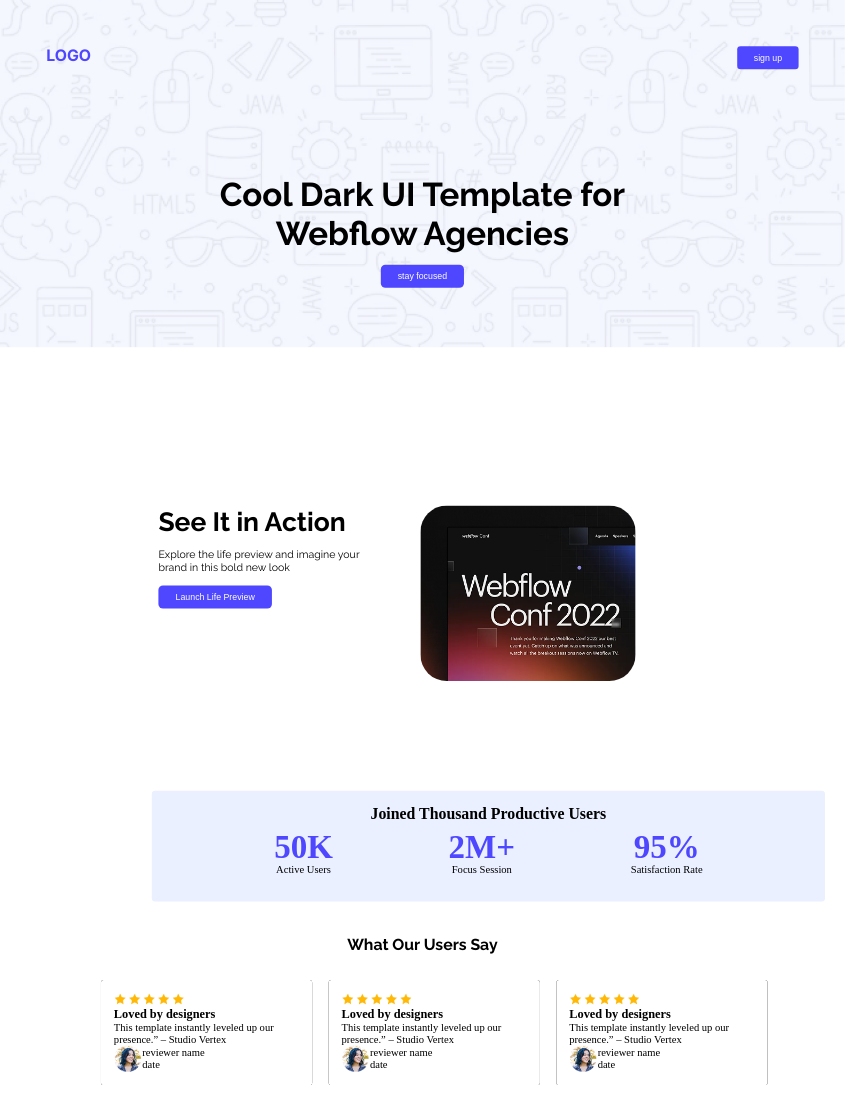
Repository: dollyrakhe22/landing-launchpad
Page: index.html
An editor plug-in stored every save of this project. The page is shown before and after the next save, followed by the edit.
The browser window is 1280 px wide. The pictures show the whole page, at 66% of full size.

Above is the page before, as saved 2025-07-11 08:24:11.

After the next save:
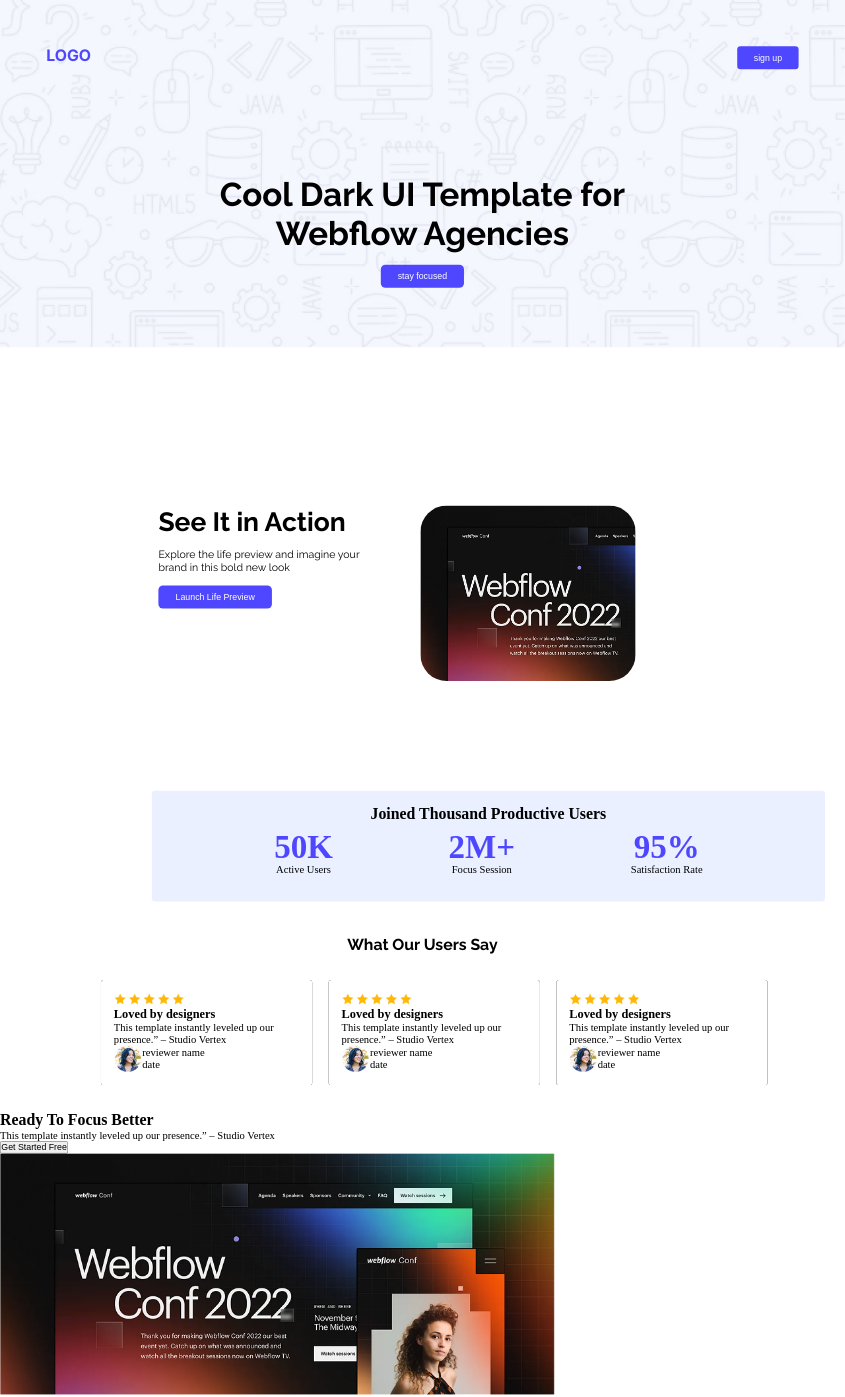
Saved 4 min 42 s later.
--- a/index.html
+++ b/index.html
@@ -124,10 +124,39 @@
                 </div>
                 </div>
                 </div>
+            </section>
+<!--Focus-Section-->
+<section>
+        <div>
+            <h1>Ready To Focus Better</h1>
+            <p>This template instantly leveled up our presence.” – Studio Vertex</p>
+            <a href=""><button>Get Started Free</button></a>
+        </div>
+        <div>
+            <img src="Assets/wc-big.png" alt="" srcset="">
+        </div>
 
 
 
-            </section>
+
+
+</section>
+
+
+
+
+
+
+
+
+
+
+
+
+
+
+
+
 
     </main>
     <footer>
--- a/style.css
+++ b/style.css
@@ -143,3 +143,5 @@
     align-items: center;
     gap:2px;
 }
+
+/*Focus-Section*/
